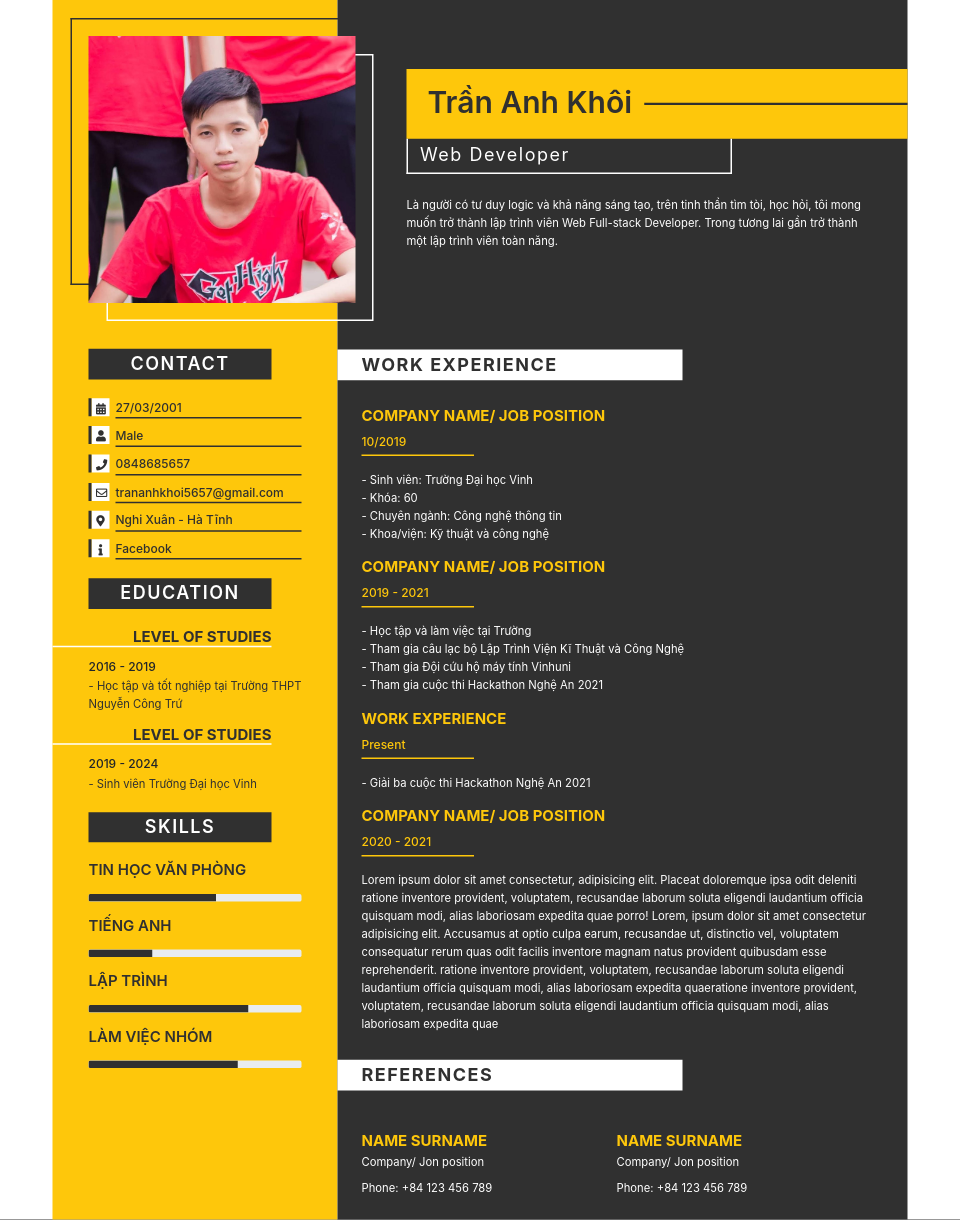
Repository: khoitadev/myCV
Page: index.html
An editor plug-in stored every save of this project. The page is shown before and after the next save, followed by the edit.
The browser window is 1280 px wide. The pictures show the whole page, at 75% of full size.
Some web libraries are served in a nearby version.

Above is the page before, as saved 2022-02-11 23:10:27.

After the next save:
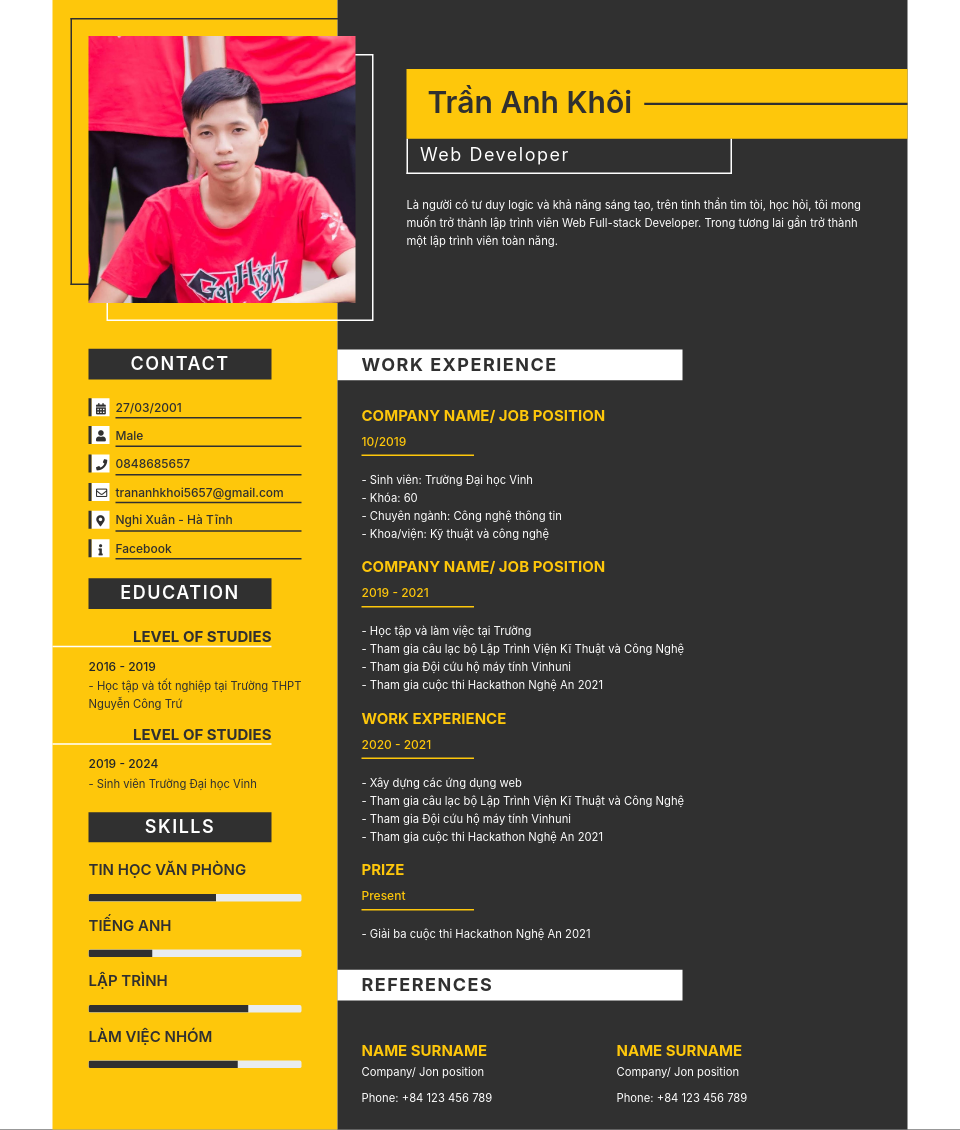
Saved 119 s later.
--- a/index.html
+++ b/index.html
@@ -132,14 +132,17 @@
             - Tham gia cuộc thi Hackathon Nghệ An 2021 <br>
           </p>
           <h3 class="work__heading">WORK EXPERIENCE</h3>
+          <h4 class="work__title">2020 - 2021</h4>
+          <p class="text-toright">
+            - Xây dựng các ứng dụng web <br>
+            - Tham gia câu lạc bộ Lập Trình Viện Kĩ Thuật và Công Nghệ <br>
+            - Tham gia Đội cứu hộ máy tính Vinhuni <br>
+            - Tham gia cuộc thi Hackathon Nghệ An 2021 <br>
+          </p>
+          <h3 class="work__heading">PRIZE</h3>
           <h4 class="work__title">Present</h4>
           <p class="text-toright">
             - Giải ba cuộc thi Hackathon Nghệ An 2021
-          </p>
-          <h3 class="work__heading">COMPANY NAME/ JOB POSITION</h3>
-          <h4 class="work__title">2020 - 2021</h4>
-          <p class="text-toright">Lorem ipsum dolor sit amet consectetur, adipisicing elit. Placeat doloremque ipsa odit deleniti ratione inventore provident, voluptatem, recusandae laborum soluta eligendi laudantium officia quisquam modi, alias laboriosam expedita quae porro!
-            Lorem, ipsum dolor sit amet consectetur adipisicing elit. Accusamus at optio culpa earum, recusandae ut, distinctio vel, voluptatem consequatur rerum quas odit facilis inventore magnam natus provident quibusdam esse reprehenderit. ratione inventore provident, voluptatem, recusandae laborum soluta eligendi laudantium officia quisquam modi, alias laboriosam expedita quaeratione inventore provident, voluptatem, recusandae laborum soluta eligendi laudantium officia quisquam modi, alias laboriosam expedita quae
           </p>
           <h2 class="heading__right">REFERENCES</h2>
           <div class="ref">
